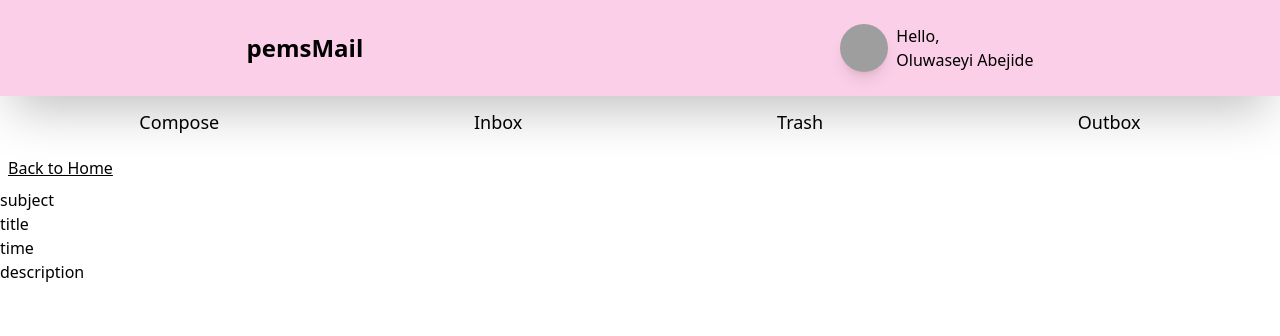
Repository: Semanmernstack/mailclone
Page: /mail
These files come from the project's save history. The page is drawn as it stood at one moment and after the next save; the edit follows.
The browser window is 1280 px wide. The pictures show the whole page.
Pictures or frames that could not be fetched are drawn as grey boxes. The project was rebuilt for these pictures with package versions that can differ from the ones it lists, and the page was loaded fresh each time. Also part of the build but not shown: src/features/counter/Counter.module.css, src/features/counter/Counter.js, src/OpenRow.js, src/Open.js.

Above is the page before, as saved 2023-01-16 03:11:30.

After the next save:
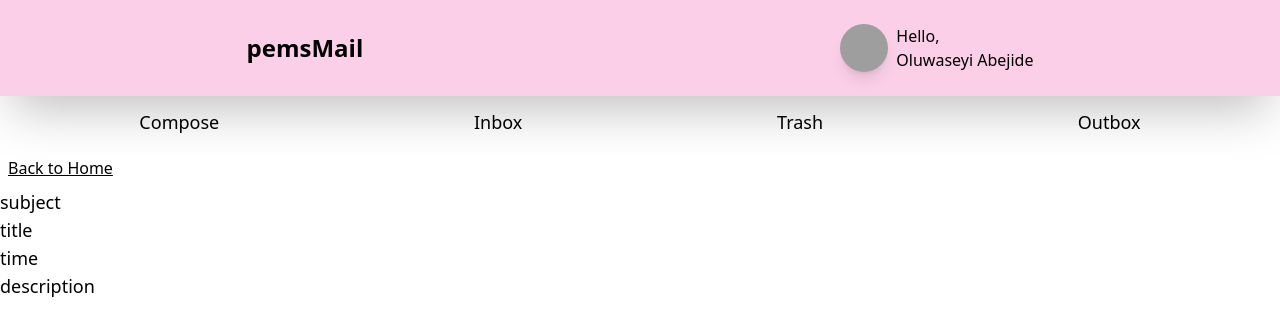
Saved 14 s later.
--- a/src/Mail.js
+++ b/src/Mail.js
@@ -6,7 +6,7 @@ function Mail() {
         <div>
             <p className='p-2 cursor-pointer  hover:text-rose-900 underline'>Back to Home</p>
         </div>
-        <div className="flex flex-col">
+        <div className="flex flex-col text-lg">
            <div>
                 <p>subject</p>
                 <p>title</p>
